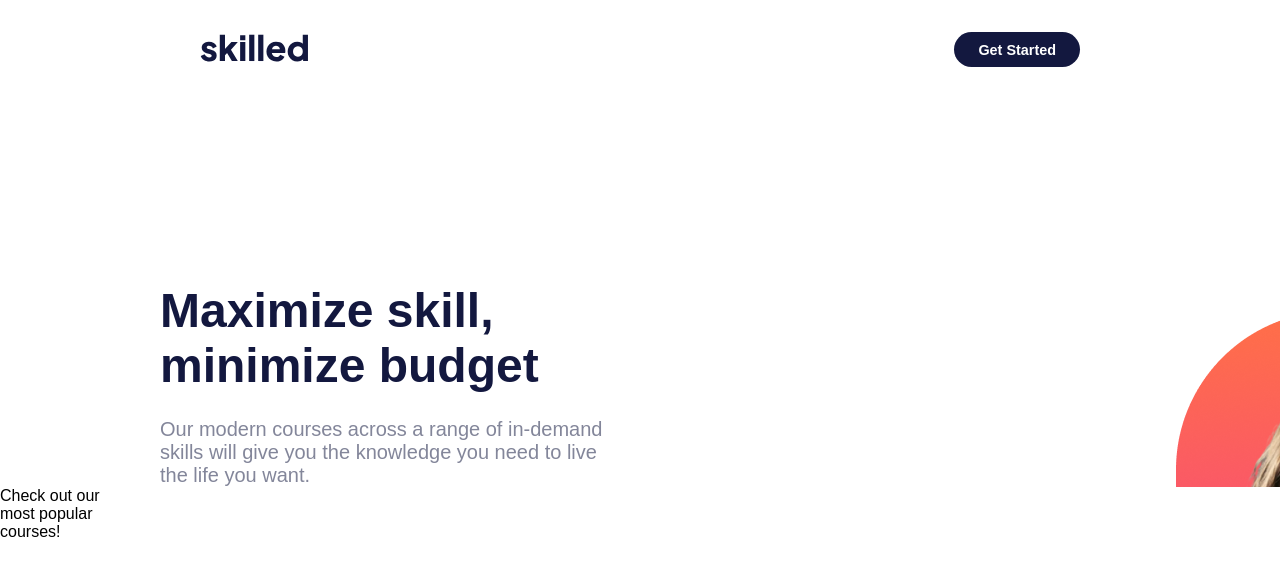
Repository: exe-walt/E-Learning-Landing-Page
Page: index.html
These files come from the project's save history. The page is drawn as it stood at one moment and after the next save; the edit follows.
The browser window is 1280 px wide. The pictures show the whole page.
Some web fonts or font styles are not loaded; a fallback is used.

Above is the page before, as saved 2025-05-28 13:49:02.

### index.html
<!DOCTYPE html> <!-- Document type declaration for HTML5 -->
<html lang="en">
<head>
  <meta charset="UTF-8"> <!-- Character encoding set to UTF-8 -->
  <meta name="viewport" content="width=device-width, initial-scale=1.0"> <!-- Responsive design meta tag -->
  <title>Skilled E-Learning Page</title> <!-- Page title -->
  <link rel="stylesheet" href="css/style.css"> <!-- Link to external CSS file -->
  <link href="https://fonts.cdnfonts.com/css/plus-jakarta-sans" rel="stylesheet"> <!-- Import custom font -->
</head>
<body>
  <div class="content-container"> <!-- Main content container -->

    <!-- NAVBAR SECTION -->
    <div class="navbar">
      <ul>
        <li id="logo">
          <img src="img/skilled-logo.svg" alt="logo">
        </li>
        <li class="navbar-button">
          <button>Get Started</button> <!-- Call-to-action button -->
        </li>
      </ul>
    </div>

    <!-- HERO SECTION -->
    <div class="hero-section">
      <div class="hero-text">
        <h1>Maximize skill, <br>minimize budget</h1>

        <p>
          Our modern courses across a range of in-demand <br> skills will give you the knowledge you need to live <br> the life you want.
        </p>
      </div>
    </div>

    <!--Popular Courses Cards-->
    <div class="main-left">
      <p>Check out our <br>most popular <br>courses! </p>
    </div>
    <div class="animation-card"></div>
    <div class="design-card"></div>

  </div>

</body>
</html>

### css/style.css
* {
  box-sizing: border-box;
  margin: 0;
  padding: 0;
}

.navbar, .hero-section{
  background-image: url(../img/Group19.png);
}

body {
  font-family: "Plus Jakarta Sans", sans-serif;
  margin: 0;
  display: flex;
  justify-content: center;
  align-items: center;
}

.content-container {
  background-color: #ffffff;
  max-width: 100%;
  width: 100%;
  height: auto;
}

.navbar {
  display: flex;
  justify-content: space-between;
  align-items: center;
  padding: 2rem 2.5rem;
  background-color: white;
  margin-left: 10em;
  margin-right: 10em;
}

.navbar ul {
  display: flex;
  align-items: center;
  justify-content: space-between;
  width: 100%;
  list-style: none;
}

#logo img {
  height: 1.75em;
  width: auto;
}

.navbar-button button {
  background-color: #13183f;
  color: white;
  border: none;
  border-radius: 999px;
  padding: 0.6rem 1.5rem;
  font-weight: 600;
  font-size: 0.9rem;
  cursor: pointer;
  transition: background-color 0.3s ease;
}

.navbar-button button:hover {
  background-color: #666ca3;
}

.hero-section {
  display: flex;
}

.hero-text {
  margin-left: 10em;
  margin-top: 11.5em;
}

.hero-text h1 {
  font-weight: 800; /* ExtraBold */
  font-size: 3rem;
  color: #13183f;
}

.hero-text p {
  font-weight: 400; /* Medium */
  font-size: 1.25rem;
  color: #83869a;
  padding-top: 1.25em;
}

After the next save:
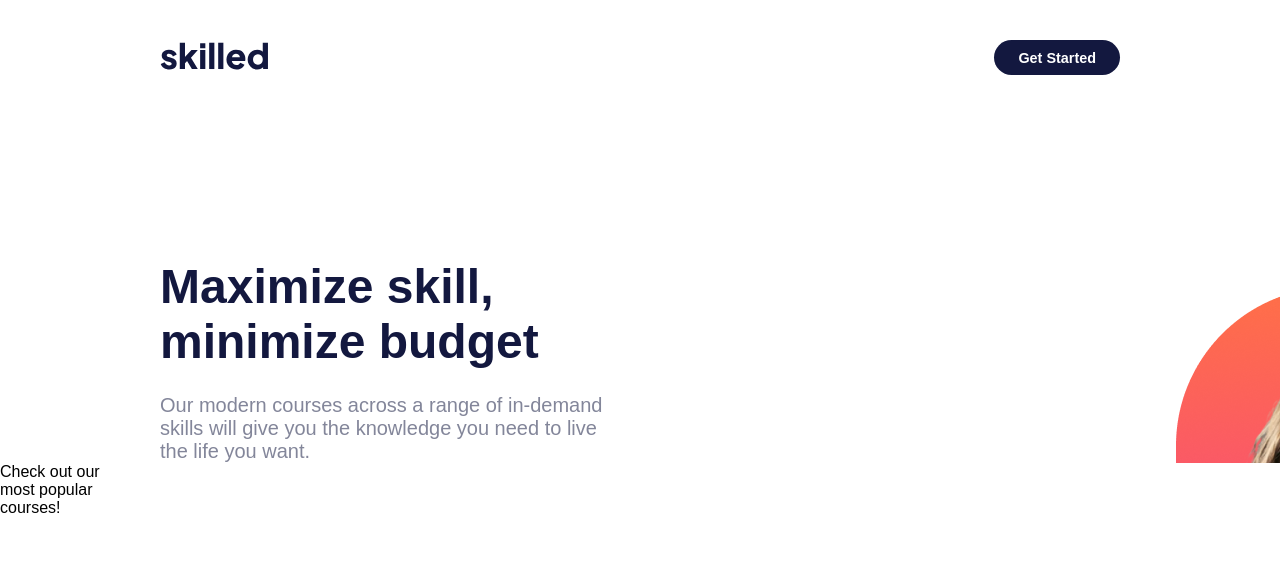
Saved 2 min 20 s later.
--- a/css/style.css
+++ b/css/style.css
@@ -27,7 +27,7 @@ body {
   display: flex;
   justify-content: space-between;
   align-items: center;
-  padding: 2rem 2.5rem;
+  margin-top: 2.5em;
   background-color: white;
   margin-left: 10em;
   margin-right: 10em;
